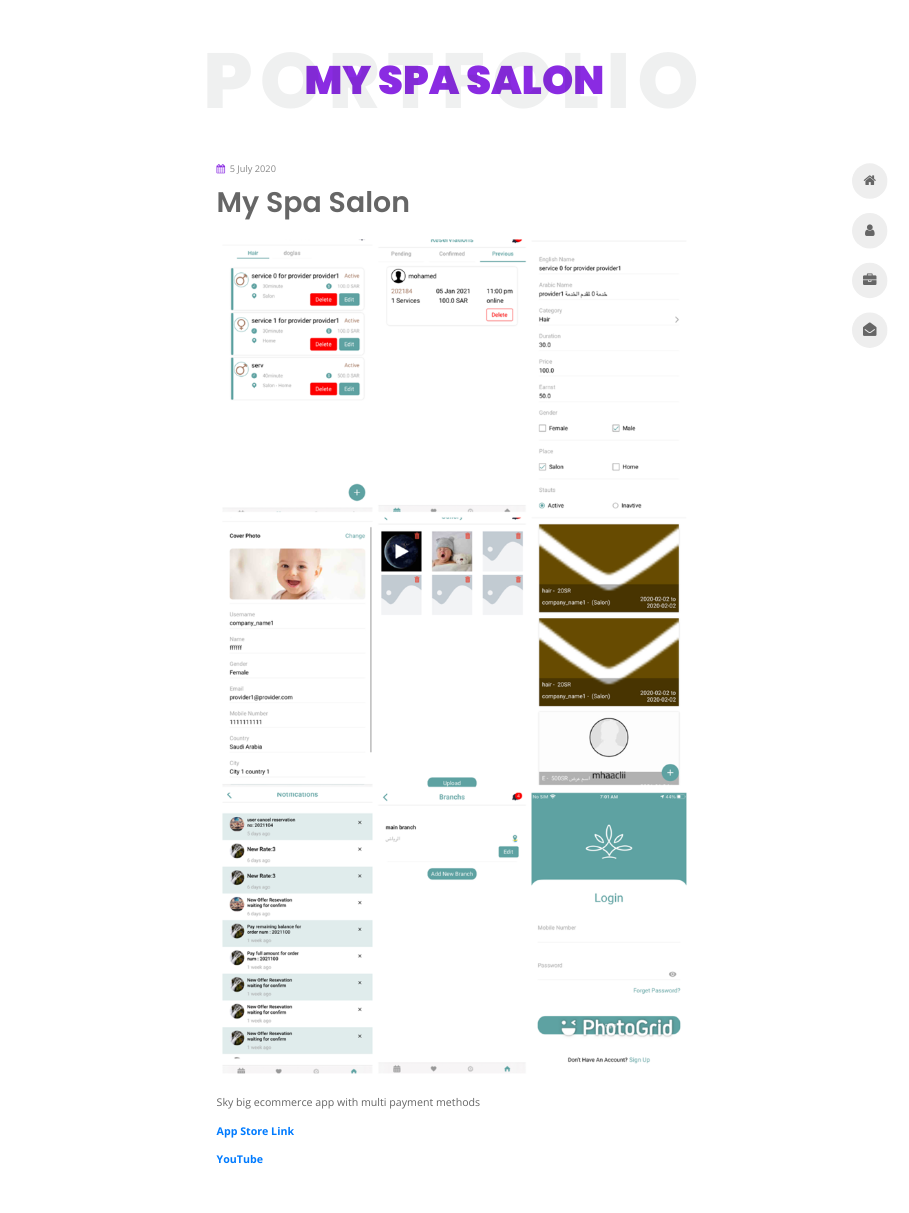
Repository: mhamdimno/mywebsite
Page: projects/myspaclient/index.html
The author's editor kept a copy of each file at every save. The page is drawn from the files as they stood at one save, then again after the next save.
The browser window is 1280 px wide. The pictures show the whole page, at 71% of full size.

Above is the page before, as saved 2021-02-01 07:19:53.

### projects/myspaclient/index.html
<!DOCTYPE html>
<html lang="en">

<head>
    <meta charset="utf-8">
    <title>Portfoilio | My Spa Salon</title>
    <meta name="viewport" content="width=device-width, initial-scale=1">

    <!-- Template Google Fonts -->
    <link href="https://fonts.googleapis.com/css?family=Poppins:400,400i,500,500i,600,600i,700,700i,800,800i,900,900i" rel="stylesheet">
    <link href="https://fonts.googleapis.com/css?family=Open+Sans:300,400,400i,600,600i,700" rel="stylesheet">

    <!-- Template CSS Files -->
    <link href="../../css/bootstrap.min.css" rel="stylesheet">
    <link href="../../css/preloader.min.css" rel="stylesheet">
    <link href="../../css/circle.css" rel="stylesheet">
    <link href="../../css/font-awesome.min.css" rel="stylesheet">
    <link href="../../css/fm.revealator.jquery.min.css" rel="stylesheet">
    <link href="../../css/style.css" rel="stylesheet">



    <!-- Modernizr JS File -->
    <script src="../../js/modernizr.custom.js"></script>
</head>

<body class="blog-post light">
<!-- Header Starts -->
<header class="header" id="navbar-collapse-toggle">
    <!-- Fixed Navigation Starts -->
    <ul class="icon-menu d-none d-lg-block revealator-slideup revealator-once revealator-delay1">
        <li class="icon-box">
            <i class="fa fa-home"></i>
            <a href="../../index.html">
                <h2>Home</h2>
            </a>
        </li>
        <li class="icon-box">
            <i class="fa fa-user"></i>
            <a href="../../about.html">
                <h2>About</h2>
            </a>
        </li>
        <li class="icon-box">
            <i class="fa fa-briefcase"></i>
            <a href="../../portfolio.html">
                <h2>Portfolio</h2>
            </a>
        </li>
        <li class="icon-box">
            <i class="fa fa-envelope-open"></i>
            <a href="../../contact.html">
                <h2>Contact</h2>
            </a>
        </li>
    </ul>
    <!-- Fixed Navigation Ends -->
    <!-- Mobile Menu Starts -->
    <nav role="navigation" class="d-block d-lg-none">
        <div id="menuToggle">
            <input type="checkbox" />
            <span></span>
            <span></span>
            <span></span>
            <ul class="list-unstyled" id="menu">
                <li><a href="../../index.html"><i class="fa fa-home"></i><span>Home</span></a></li>
                <li><a href="../../about.html"><i class="fa fa-user"></i><span>About</span></a></li>
                <li><a href="../../portfolio.html"><i class="fa fa-folder-open"></i><span>Portfolio</span></a></li>
                <li><a href="../../contact.html"><i class="fa fa-envelope-open"></i><span>Contact</span></a></li>
            </ul>
        </div>
    </nav>
    <!-- Mobile Menu Ends -->
</header>
<!-- Header Ends -->
<!-- Page Title Starts -->
<section class="title-section text-left text-sm-center revealator-slideup revealator-once revealator-delay1">
    <h1><span>My Spa Salon</span></h1>
    <span class="title-bg">Portfolio</span>
</section>
<!-- Page Title Ends -->
<!-- Main Content Starts -->
<section class="main-content revealator-slideup revealator-once revealator-delay1">
    <div class="container">
        <div class="row">
            <!-- Article Starts -->
            <article class="col-12">
                <!-- Meta Starts -->
                <div class="meta open-sans-font">
                    <span class="date"><i class="fa fa-calendar"></i> 5 July 2020</span>
                    <span></span>
                </div>
                <!-- Meta Ends -->
                <!-- Article Content Starts -->
                <h1 class="text-uppercase text-capitalize">My Spa Salon</h1>
                <img src="../../img/projects/myspasalon.jpg" class="img-fluid" alt="Blog image"/>
                <div class="blog-excerpt open-sans-font pb-5">
                    <p>Sky big ecommerce app with multi payment methods</p>
                    <p>
                        <strong><a href="https://apps.apple.com/eg/app/myspasalon/id1536928703" target="_blank">App Store Link</a></strong>

                        <!--<div class="videoWrapper">
                            <iframe width="560" height="349" src="https://www.youtube.com/watch?v=rwyUKQitc4o&feature=youtu.be" frameborder="0" allowfullscreen></iframe>
                          </div>-->
                    </p>
                    <p>
                        <strong><a href="https://youtu.be/JIrGJv8Q01Y" target="_blank">YouTube</a></strong>

                        <!--<div class="videoWrapper">
                            <iframe width="560" height="349" src="https://www.youtube.com/watch?v=rwyUKQitc4o&feature=youtu.be" frameborder="0" allowfullscreen></iframe>
                          </div>-->
                    </p>

                </div>
                <!-- Article Content Ends -->
            </article>
            <!-- Article Ends -->
        </div>
    </div>
</section>
<!-- Template JS Files -->
<script src="../../js/jquery-3.5.0.min.js"></script>
<script src="../../js/styleswitcher.js"></script>
<script src="../../js/preloader.min.js"></script>
<script src="../../js/fm.revealator.jquery.min.js"></script>
<script src="../../js/imagesloaded.pkgd.min.js"></script>
<script src="../../js/masonry.pkgd.min.js"></script>
<script src="../../js/classie.js"></script>
<script src="../../js/cbpGridGallery.js"></script>
<script src="../../js/jquery.hoverdir.js"></script>
<script src="../../js/popper.min.js"></script>
<script src="../../js/bootstrap.js"></script>
<script src="../../js/custom.js"></script>

</body>

</html>

Loaded but not shown: css/bootstrap.min.css (library); css/preloader.min.css (common file); css/font-awesome.min.css (library); css/fm.revealator.jquery.min.css (common file); js/modernizr.custom.js (library); js/jquery-3.5.0.min.js (library); js/preloader.min.js (common file); js/fm.revealator.jquery.min.js (common file); js/imagesloaded.pkgd.min.js (library); js/masonry.pkgd.min.js (library); js/jquery.hoverdir.js (library); js/popper.min.js (library); js/bootstrap.js (library); js/cbpGridGallery.js (364 lines, source omitted); js/styleswitcher.js (218 lines, source omitted); js/custom.js (142 lines, source omitted); js/classie.js (68 lines, source omitted); css/style.css (1791 lines, source omitted); css/circle.css (1054 lines, source omitted)

After the next save:
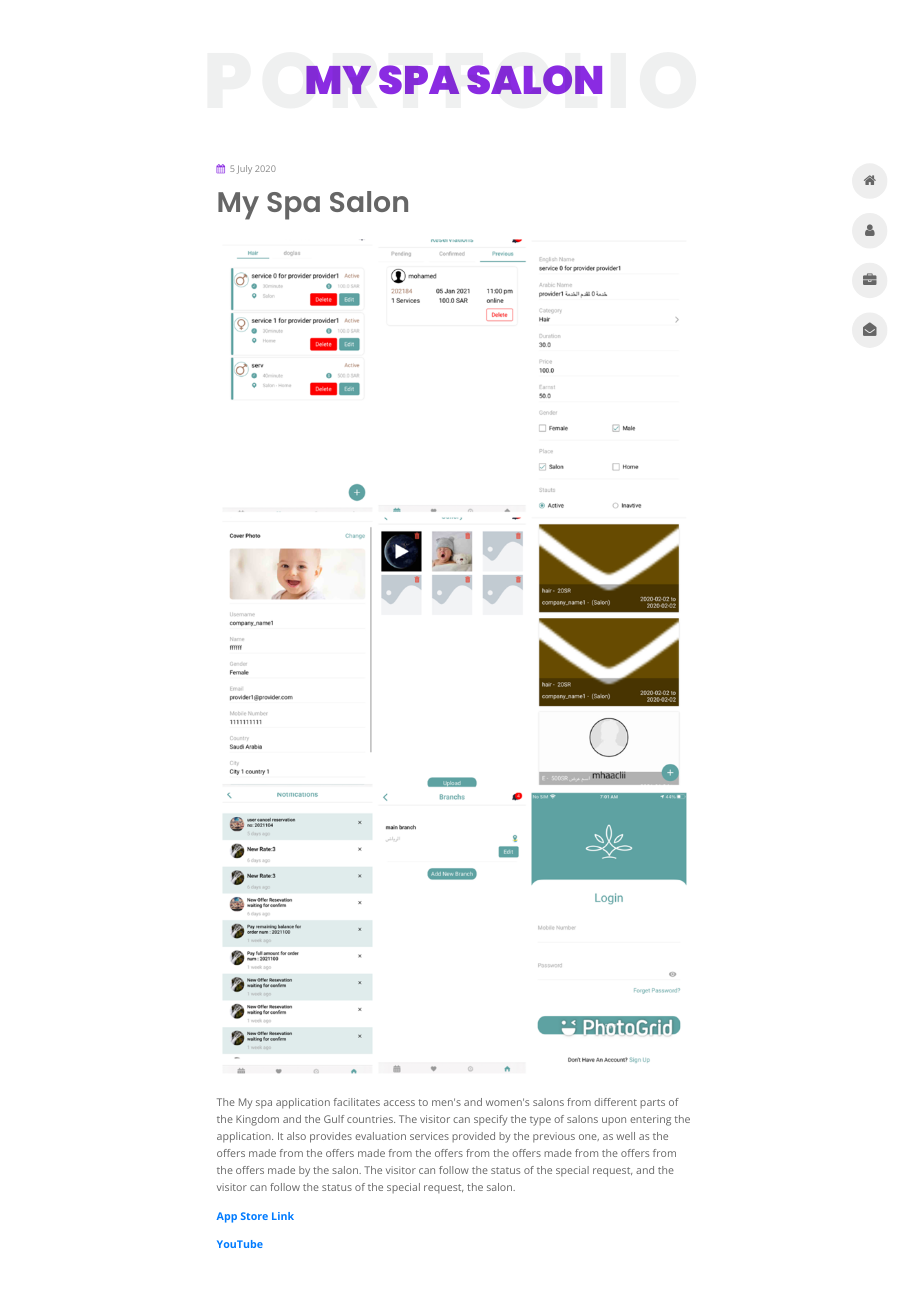
Saved 2 min 28 s later.
--- a/projects/myspaclient/index.html
+++ b/projects/myspaclient/index.html
@@ -95,8 +95,10 @@
                 <h1 class="text-uppercase text-capitalize">My Spa Salon</h1>
                 <img src="../../img/projects/myspasalon.jpg" class="img-fluid" alt="Blog image"/>
                 <div class="blog-excerpt open-sans-font pb-5">
-                    <p>Sky big ecommerce app with multi payment methods</p>
                     <p>
+                        The My spa application facilitates access to men's and women's salons from different parts of the Kingdom and the Gulf countries. The visitor can specify the type of salons upon entering the application. It also provides evaluation services provided by the previous one, as well as the offers made from the offers made from the offers from the offers made from the offers from the offers made by the salon. The visitor can follow the status of the special request, and the visitor can follow the status of the special request, the salon.
+                                                         </p>
+                                                                             <p>
                         <strong><a href="https://apps.apple.com/eg/app/myspasalon/id1536928703" target="_blank">App Store Link</a></strong>
 
                         <!--<div class="videoWrapper">
